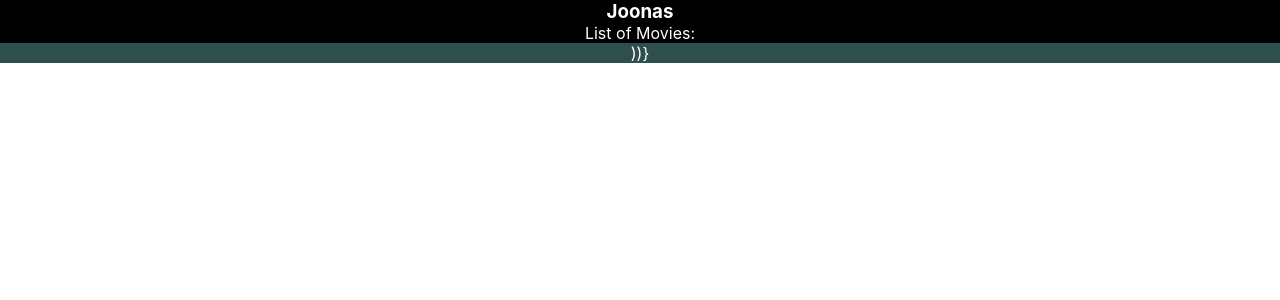
Repository: SubmergedSnake/react-usecontext
Page: /
These files come from the project's save history. The page is drawn as it stood at one moment and after the next save; the edit follows.
The browser window is 1280 px wide. The pictures show the whole page.
The project was rebuilt for these pictures with package versions that can differ from the ones it lists, and the page was loaded fresh each time. Also part of the build but not shown: src/Movie.js.

Above is the page before, as saved 2020-11-21 18:45:55.

### src/index.css
* {
  margin: 0;
  padding: 0;
}

body {
 color:white;
  font-family: -apple-system, BlinkMacSystemFont, 'Segoe UI', 'Roboto', 'Oxygen',
    'Ubuntu', 'Cantarell', 'Fira Sans', 'Droid Sans', 'Helvetica Neue',
    sans-serif;
  -webkit-font-smoothing: antialiased;
  -moz-osx-font-smoothing: grayscale;
}

code {
  font-family: source-code-pro, Menlo, Monaco, Consolas, 'Courier New',
    monospace;
}

### src/App.js
import logo from './logo.svg';
import './App.css';
import MovieList from './MovieList';
import Nav from './Nav';
import {MovieProvider} from './MovieContext';

function App() {
  return (
    <MovieProvider>
    <div className="App">
      <Nav />
      <MovieList />
    </div>
    </MovieProvider>
  );
}

export default App;

### src/MovieList.js
import React, { useState } from 'react';
import Movie from './Movie';

const listStyle = {
    background: 'darkslategray'
}

const MovieList = () => {

    return (
        <div style={listStyle}>
            {/*{movies.map(movie => (
                <Movie
                name={movie.name}
                price={movie.price}
                key={movie.id}
            />*/}
            ))}
        </div>
    );

}

export default MovieList;

### src/Nav.js
import React from 'react';

const navStyle = {
    background: 'black',
  };


const Nav = ({name, price}) => {
    return(
        <div style={navStyle}>
            <h3>Joonas</h3>
    <p>List of Movies: </p>
        </div>
    )
}

export default Nav;

### src/MovieContext.js
import React, { useState, createContext } from 'react';

export const MovieContext = createContext();

export const MovieProvider = props => {
    const [movies, setMovies] = useState([
        {
            name: 'Harry Potter',
            price: '$10',
            id: 23124
        },
        {
            name: 'Game of Thrones',
            price: '$13',
            id: 223324
        },
        {
            name: 'Inception',
            price: '$9',
            id: 2312474
        }
    ]);

    return (
        <MovieContext.Provider value={'Hello'}>
            {props.children}
        </MovieContext.Provider>
    );
}

Loaded but not shown: public/index.html (common file); src/index.js (common file); src/reportWebVitals.js (common file); src/App.css (common file)

After the next save:
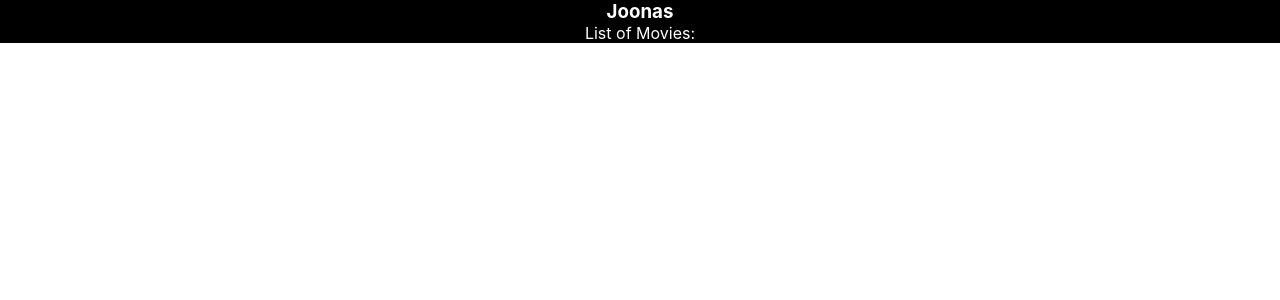
Saved 5 s later.
--- a/src/MovieList.js
+++ b/src/MovieList.js
@@ -14,8 +14,8 @@
                 name={movie.name}
                 price={movie.price}
                 key={movie.id}
-            />*/}
-            ))}
+            />
+            ))}*/}
         </div>
     );
 
